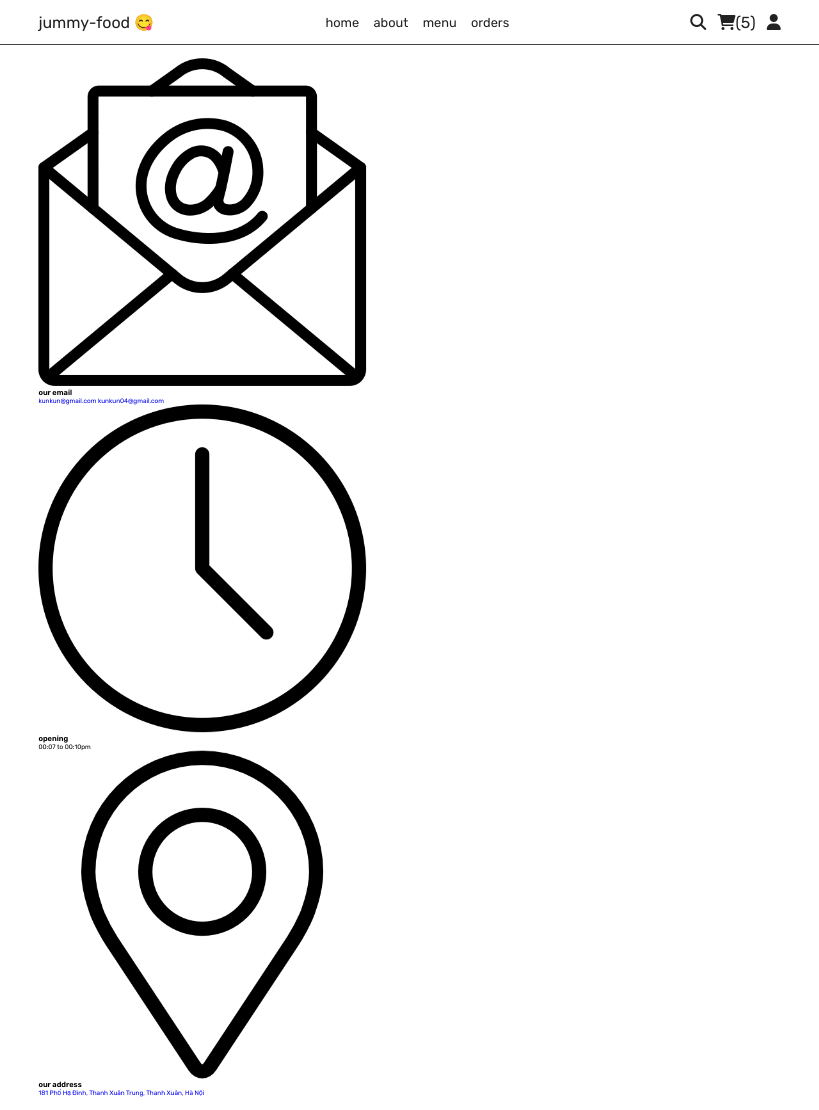
Repository: VuongLinhDinh/jummy_food
Page: home.html
The author's editor kept a copy of each file at every save. The page is drawn from the files as they stood at one save, then again after the next save.
The browser window is 1280 px wide. The pictures show the whole page, at 64% of full size.
Some web libraries are served in a nearby version.

Above is the page before, as saved 2023-11-07 15:45:52.

After the next save:
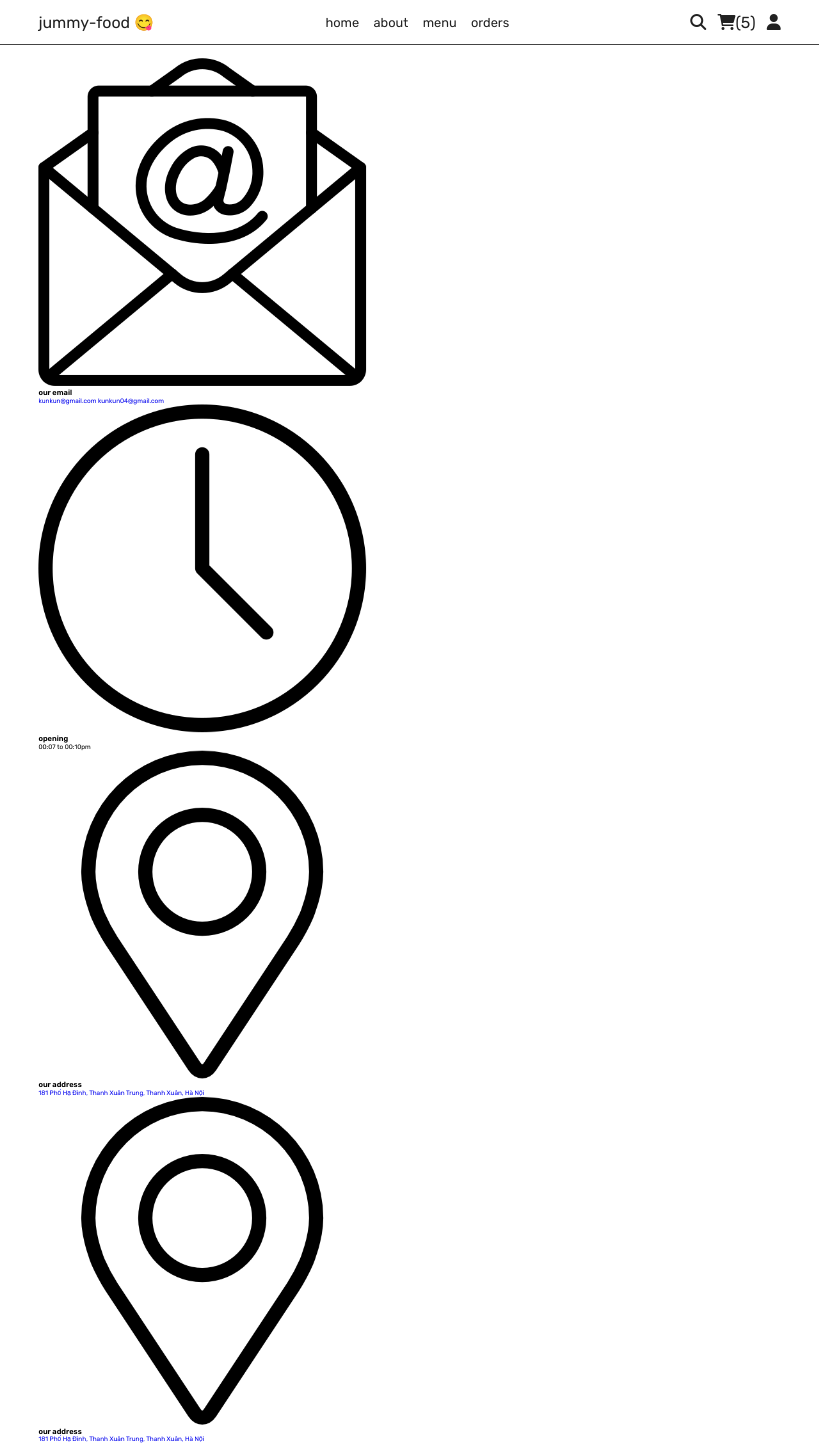
Saved 85 s later.
--- a/home.html
+++ b/home.html
@@ -58,6 +58,12 @@
                 <h3>our address</h3>
                 <a href="#">181 Phố Hạ Đình, Thanh Xuân Trung, Thanh Xuân, Hà Nội</a>
             </div>
+
+            <div class="box">
+                <img src="images/map-icon.png" alt="">
+                <h3>our address</h3>
+                <a href="#">181 Phố Hạ Đình, Thanh Xuân Trung, Thanh Xuân, Hà Nội</a>
+            </div>
         </section>
     </footer>
     <!-- footer section end  -->
